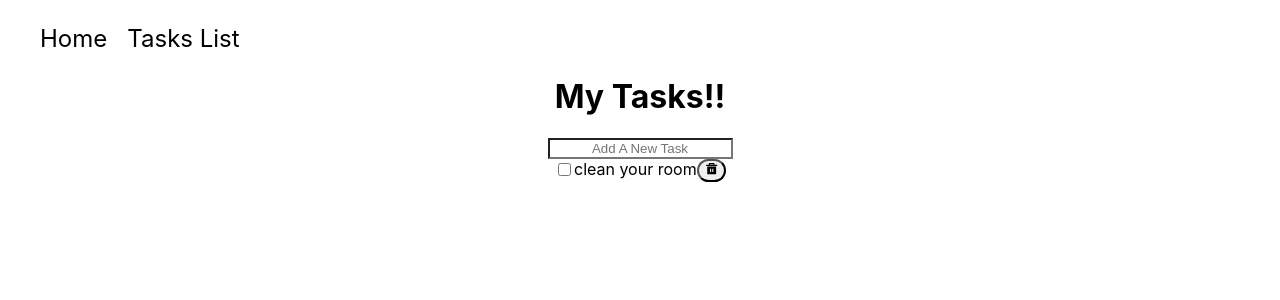
Repository: runner855/abstract_todolist
Page: /
The author's editor kept a copy of each file at every save. The page is drawn from the files as they stood at one save, then again after the next save.
The browser window is 1280 px wide. The pictures show the whole page.
The project was rebuilt for these pictures with package versions that can differ from the ones it lists, and the page was loaded fresh each time.

Above is the page before, as saved 2022-11-09 12:14:52.

After the next save:
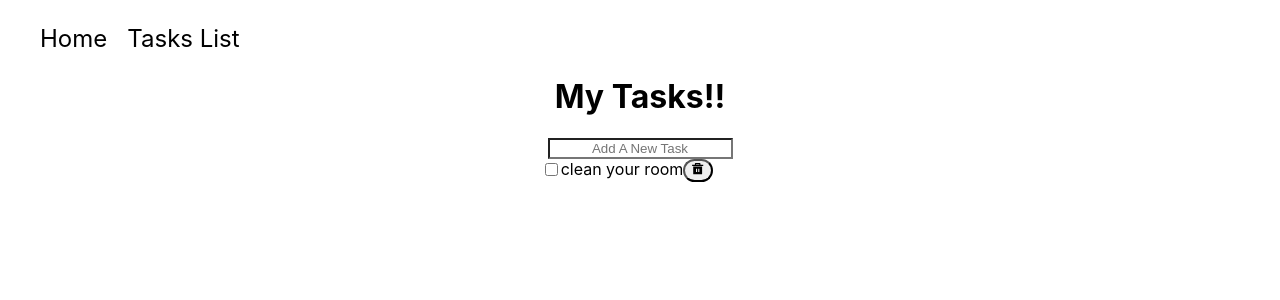
Saved 30 s later.
--- a/src/App.css
+++ b/src/App.css
@@ -17,5 +17,6 @@ button {
 
 .delete{
   border-radius: 3em 3em 3em 3em;
+  margin-right: 2em;
 
 }
